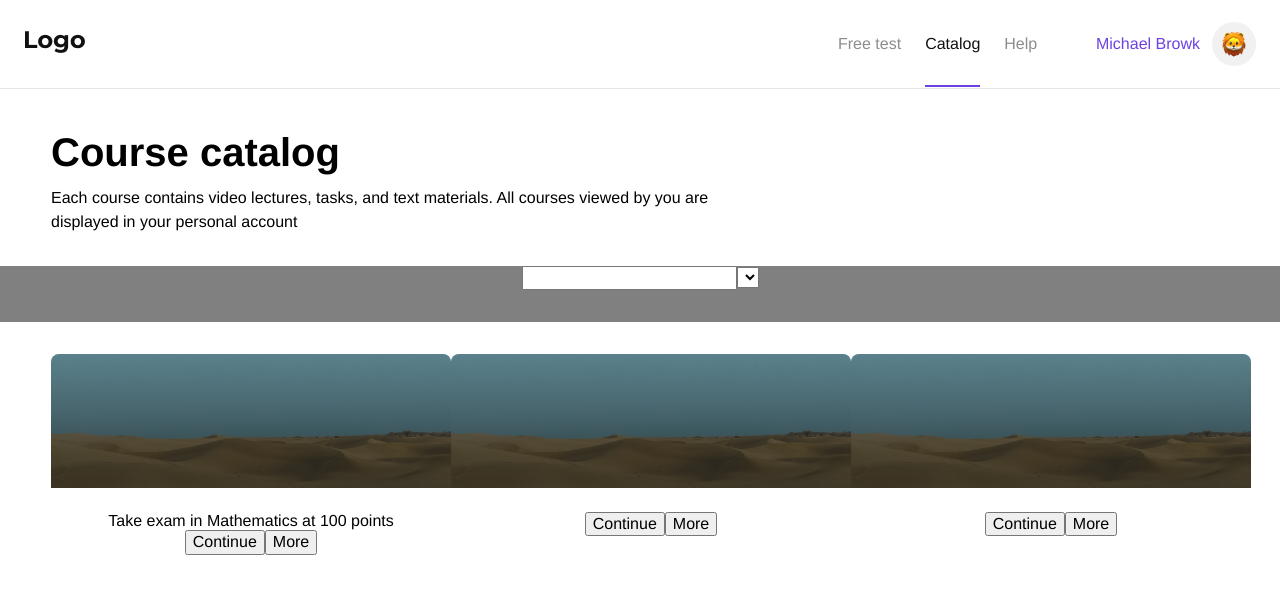
Repository: skydevil1604/vue-test-app
Page: /#/main-page
The author's editor kept a copy of each file at every save. The page is drawn from the files as they stood at one save, then again after the next save.
The browser window is 1280 px wide. The pictures show the whole page.
The project was rebuilt for these pictures with package versions that can differ from the ones it lists, and the page was loaded fresh each time. Also part of the build but not shown: src/components/Tabs.vue, src/components/Tab.vue, src/components/Login.vue, src/components/Registration.vue, src/components/AuthenticationForm.vue.

Above is the page before, as saved 2020-04-06 20:41:08.

After the next save:
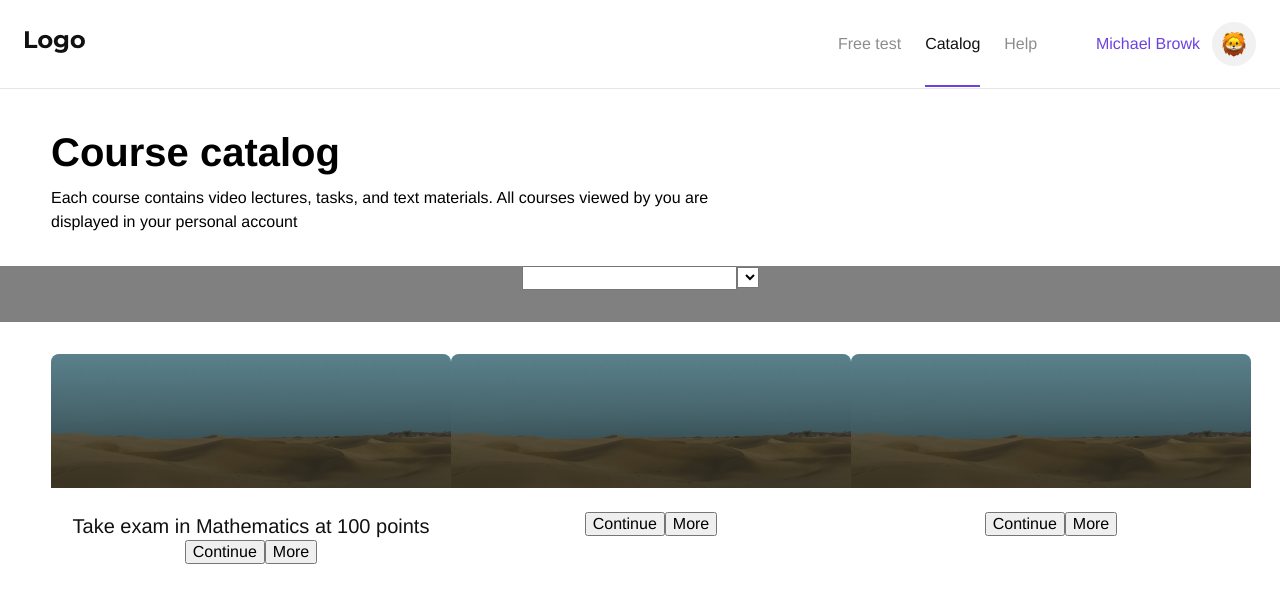
Saved 76 min 19 s later.
--- a/src/components/MainPage.vue
+++ b/src/components/MainPage.vue
@@ -216,6 +216,14 @@ export default {
                         border-top-left-radius: 8px;
                     }
             }
+
+            &__title {
+                font-size: 20px;
+                line-height: 28px;
+                color: #111111;
+                padding-left: 20px;
+                padding-right: 20px;
+            }
     }
 
 
